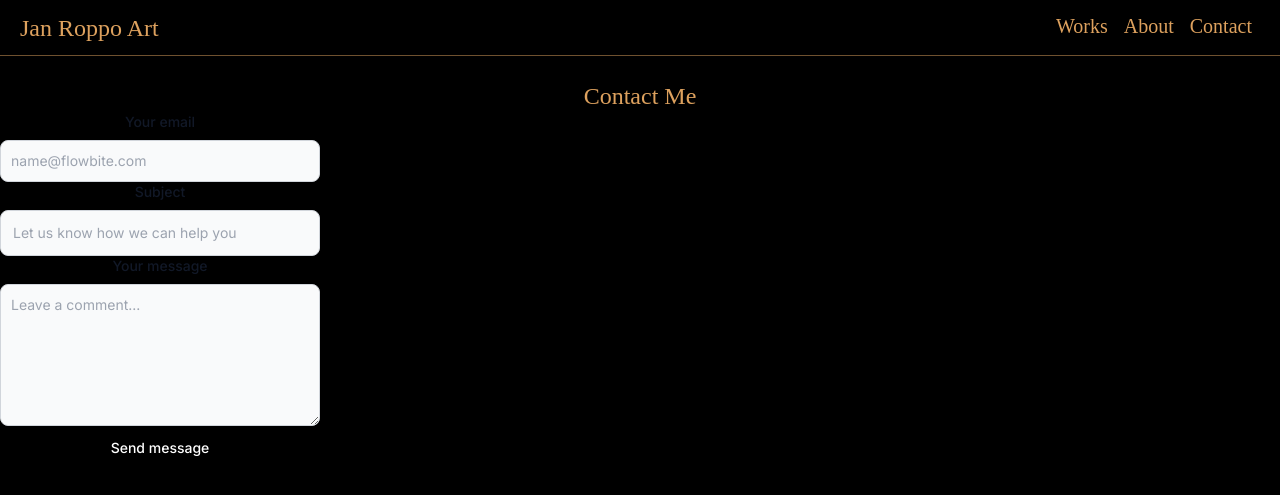
Repository: YanceMcFinn/JRArt
Page: /contact
An editor plug-in stored every save of this project. The page is shown before and after the next save, followed by the edit.
The browser window is 1280 px wide. The pictures show the whole page.
The project was rebuilt for these pictures with package versions that can differ from the ones it lists, and the page was loaded fresh each time. The framework's server and built-in components were replaced by stand-ins that run in the browser. Also part of the build but not shown: next.config.js.

Above is the page before, as saved 2023-10-19 20:20:56.

After the next save:
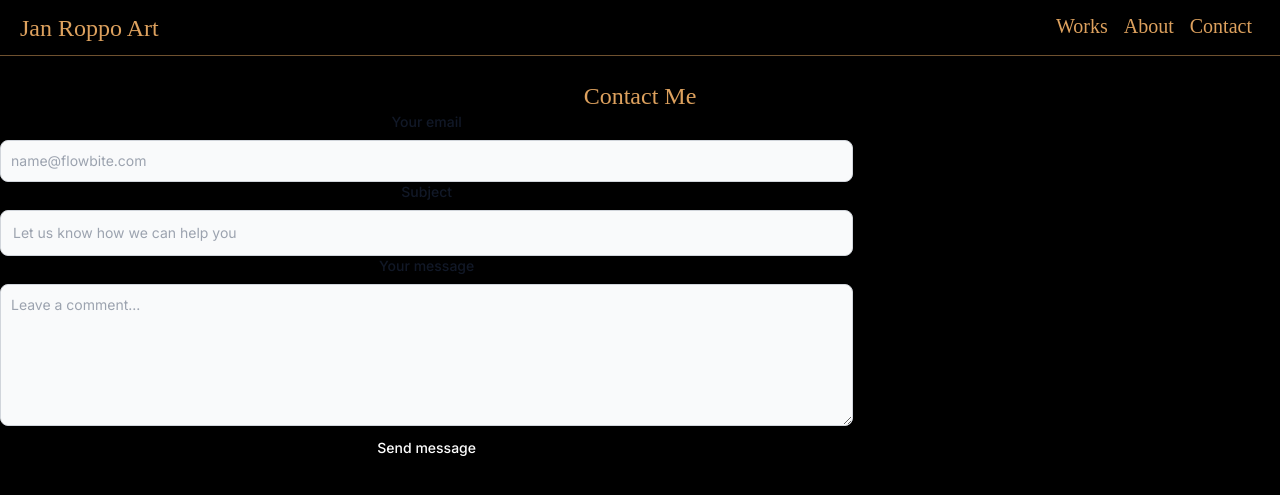
Saved 52 s later.
--- a/app/contact/page.jsx
+++ b/app/contact/page.jsx
@@ -6,7 +6,7 @@ export default function Contact() {
     return(
         <div className='text-main-color text-center justify-content-center mt-20'>
             <div className='title text-center text-2xl'>Contact Me</div>
-                <form className='w-80'>
+                <form className='w-2/3'>
                     <div>
                         <label for="email" class="block mb-2 text-sm font-medium text-gray-900 dark:text-gray-300">Your email</label>
                         <input type="email" id="email" class="shadow-sm bg-gray-50 border border-gray-300 text-gray-900 text-sm rounded-lg focus:ring-primary-500 focus:border-primary-500 block w-full p-2.5 dark:bg-gray-700 dark:border-gray-600 dark:placeholder-gray-400 dark:text-white dark:focus:ring-primary-500 dark:focus:border-primary-500 dark:shadow-sm-light" placeholder="name@flowbite.com" required/>
